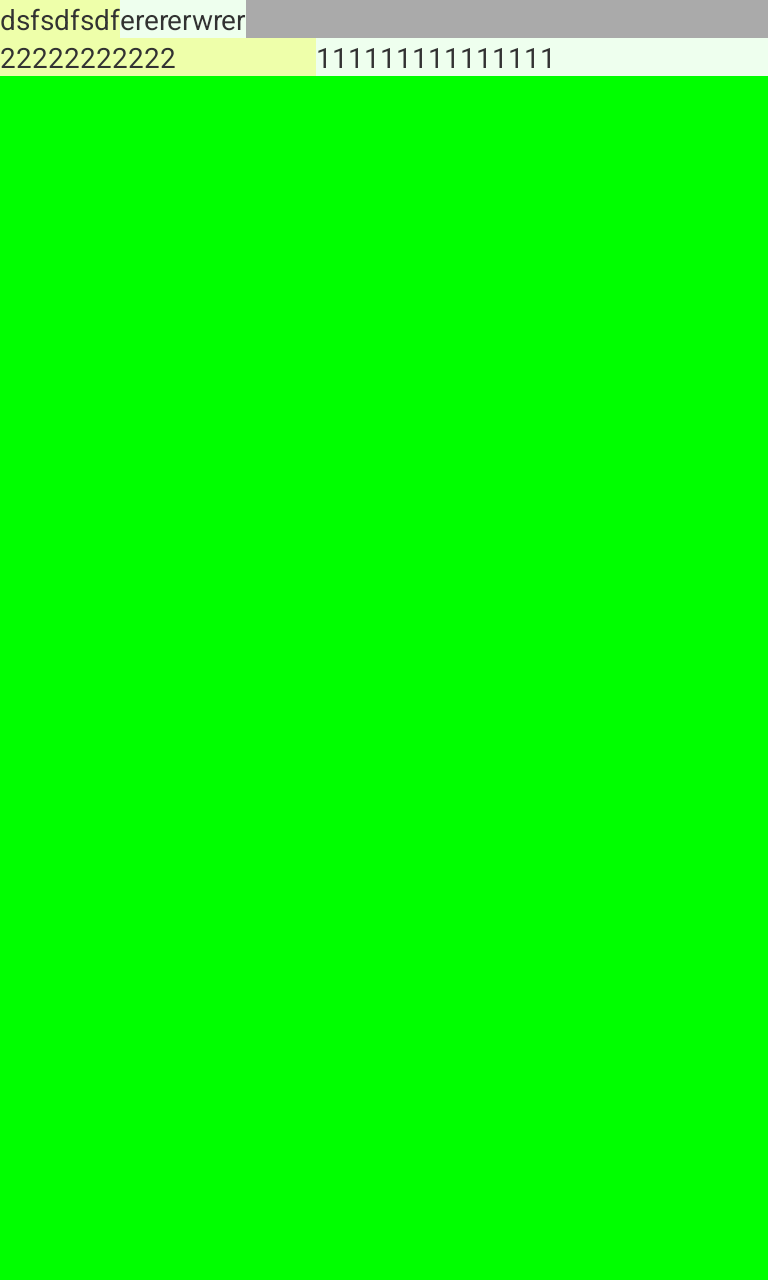
Repository: founderzhl/MarsAndroid
Layout: S01_E12_Weight/res/layout/activity_main.xml
An editor plug-in stored every save of this project. The layout is shown before and after the next save, followed by the edit.
It is drawn on a 768 x 1280 px phone screen (xhdpi) without system bars, with theme AppTheme; the app's code is not run.

Above is the layout before, as saved 2015-01-15 16:12:49.

### S01_E12_Weight/res/layout/activity_main.xml
<LinearLayout xmlns:android="http://schemas.android.com/apk/res/android"
    xmlns:tools="http://schemas.android.com/tools"
    android:layout_width="match_parent"
    android:layout_height="match_parent"
    android:background="#00ff00"
    android:orientation="vertical"
    tools:context="com.example.s01_e12_weight.MainActivity" >

    <LinearLayout
        android:layout_width="match_parent"
        android:layout_height="wrap_content"
        android:background="#aaaaaa"
         >

        <TextView
            android:layout_width="wrap_content"
            android:layout_height="wrap_content"
            android:background="#eeffaa"
            android:text="dsfsdfsdf" />

        <TextView
            android:layout_width="wrap_content"
            android:layout_height="wrap_content"
            android:background="#eeffee"
            android:text="erererwrer" />

    </LinearLayout>



    <LinearLayout
        android:layout_width="match_parent"
        android:layout_height="wrap_content"
        android:background="#bbbbbb"
        >
        <TextView
            android:layout_width="wrap_content"
            android:layout_height="wrap_content"
            android:layout_weight="2"
            android:background="#eeffaa"
            android:text="22222222222" />

        <TextView
            android:layout_width="wrap_content"
            android:layout_height="wrap_content"
            android:layout_weight="3"
            android:background="#eeffee"
            android:text="111111111111111" />

    </LinearLayout>

</LinearLayout>

Loaded but not shown: S01_E12_Weight/res/values/styles.xml (common file); S01_E12_Weight/res/values-v11/styles.xml (common file); S01_E12_Weight/res/values-v14/styles.xml (common file)

After the next save:
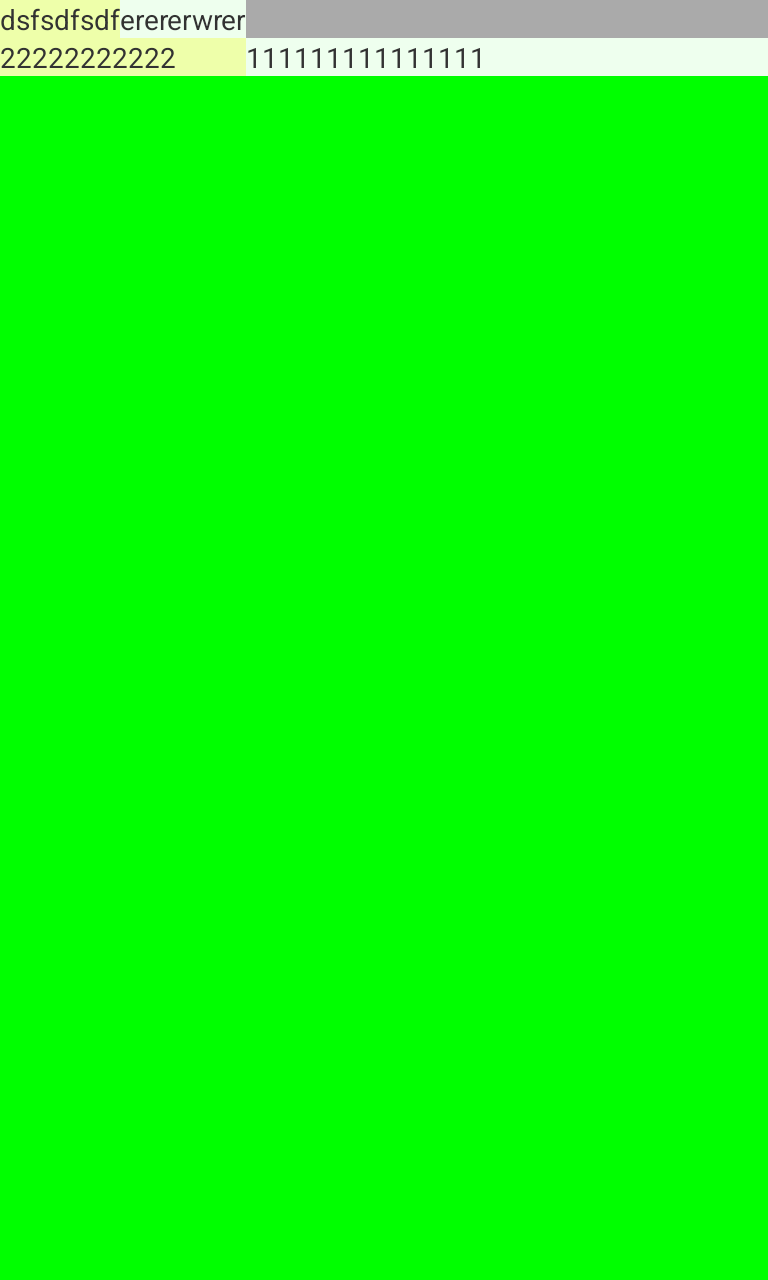
Saved 21 s later.
--- a/S01_E12_Weight/res/layout/activity_main.xml
+++ b/S01_E12_Weight/res/layout/activity_main.xml
@@ -36,14 +36,14 @@
         <TextView
             android:layout_width="wrap_content"
             android:layout_height="wrap_content"
-            android:layout_weight="2"
+            android:layout_weight="1"
             android:background="#eeffaa"
             android:text="22222222222" />
 
         <TextView
             android:layout_width="wrap_content"
             android:layout_height="wrap_content"
-            android:layout_weight="3"
+            android:layout_weight="4"
             android:background="#eeffee"
             android:text="111111111111111" />
 
